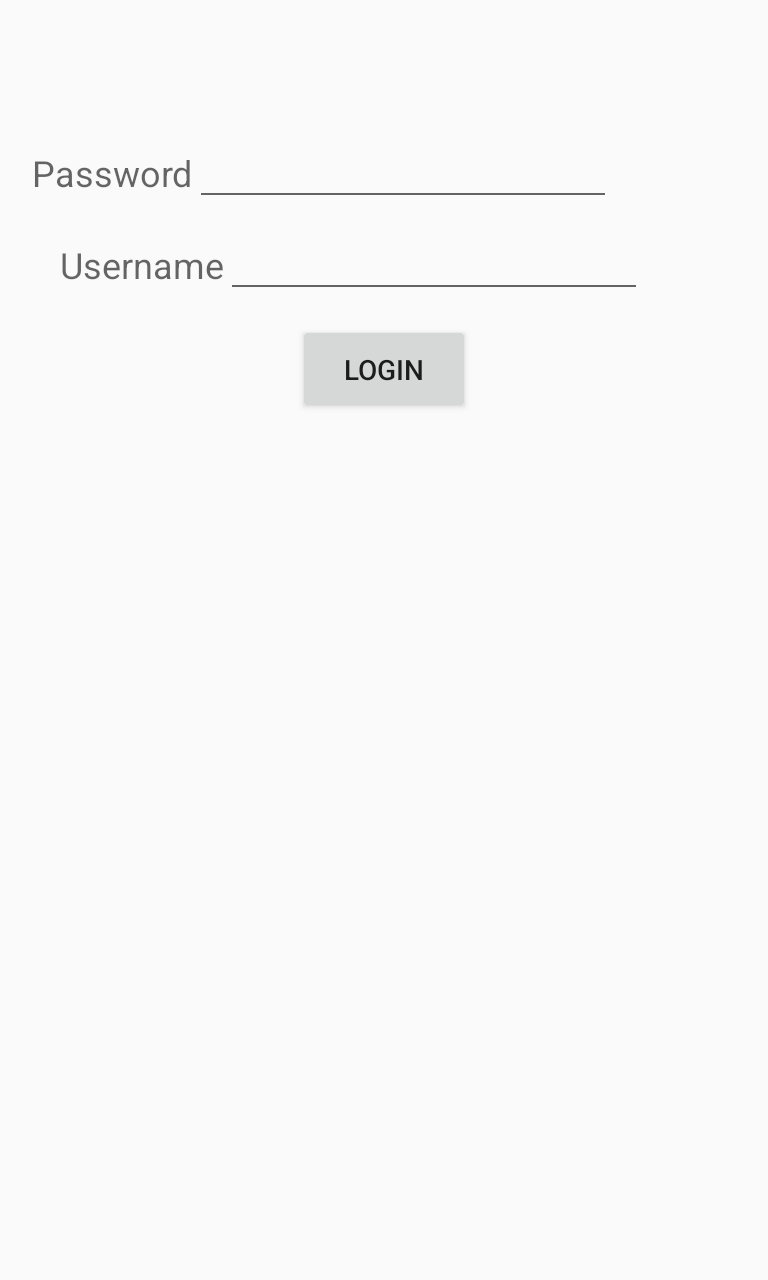
Repository: shuktika12163/ReWise
Layout: ReWise/res/layout/activity_instr_login.xml
An editor plug-in stored every save of this project. The layout is shown before and after the next save, followed by the edit.
It is drawn on a 768 x 1280 px phone screen (xhdpi) without system bars, with theme AppTheme; the app's code is not run.

Above is the layout before, as saved 2014-10-29 14:21:35.

### ReWise/res/layout/activity_instr_login.xml
<RelativeLayout xmlns:android="http://schemas.android.com/apk/res/android"
    xmlns:tools="http://schemas.android.com/tools"
    android:layout_width="match_parent"
    android:layout_height="match_parent"
    android:paddingBottom="@dimen/activity_vertical_margin"
    android:paddingLeft="@dimen/activity_horizontal_margin"
    android:paddingRight="@dimen/activity_horizontal_margin"
    android:paddingTop="@dimen/activity_vertical_margin"
    tools:context="com.example.rewise.InstrLoginActivity" >

    <TextView
        android:id="@+id/tv_password"
        android:layout_width="wrap_content"
        android:layout_height="wrap_content"
        android:layout_alignLeft="@+id/textView1"
        android:layout_below="@+id/textView1"
        android:layout_marginTop="58dp"
        android:text="Password"
        android:textAppearance="?android:attr/textAppearanceMedium" />

    <EditText
        android:id="@+id/et_password"
        android:layout_width="wrap_content"
        android:layout_height="wrap_content"
        android:layout_alignBaseline="@+id/tv_password"
        android:layout_alignBottom="@+id/tv_password"
        android:layout_toRightOf="@+id/tv_password"
        android:ems="10"
        android:inputType="textPassword" />

    <TextView
        android:id="@+id/tv_username"
        android:layout_width="wrap_content"
        android:layout_height="wrap_content"
        android:layout_alignParentLeft="true"
        android:layout_alignParentTop="true"
        android:layout_marginLeft="14dp"
        android:layout_marginTop="104dp"
        android:text="Username"
        android:textAppearance="?android:attr/textAppearanceMedium" />

    <EditText
        android:id="@+id/et_username"
        android:layout_width="wrap_content"
        android:layout_height="wrap_content"
        android:layout_alignBaseline="@+id/tv_username"
        android:layout_alignBottom="@+id/tv_username"
        android:layout_toRightOf="@+id/tv_username"
        android:ems="10"
        android:inputType="textEmailAddress" />

    <Button
        android:id="@+id/btn_login"
        android:layout_width="wrap_content"
        android:layout_height="wrap_content"
        android:layout_below="@+id/et_password"
        android:layout_centerHorizontal="true"
        android:layout_marginTop="55dp"
        android:text="Login" />

</RelativeLayout>

Loaded but not shown: ReWise/res/values/styles.xml (common file); ReWise/res/values-v11/styles.xml (common file); ReWise/res/values-v14/styles.xml (common file); ReWise/res/values/dimens.xml (common file); ReWise/res/values-w820dp/dimens.xml (common file)

After the next save:
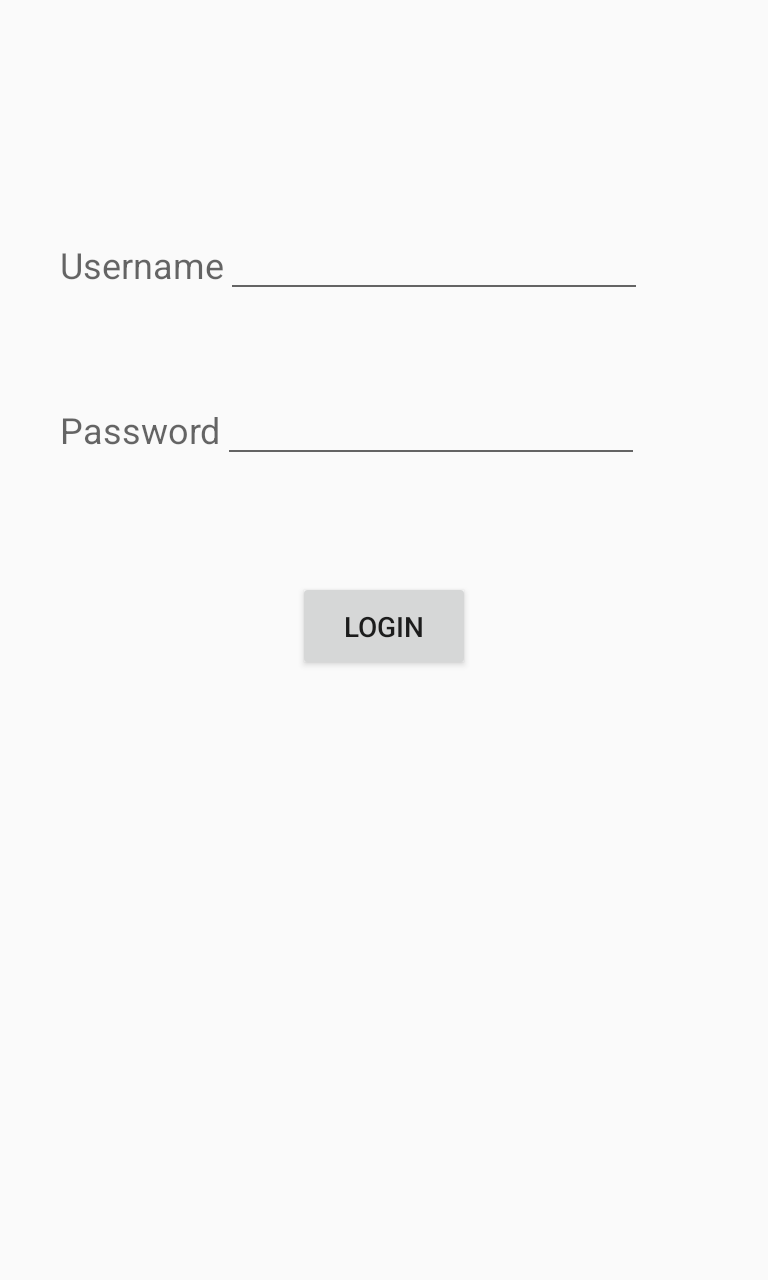
Saved 17 s later.
--- a/ReWise/res/layout/activity_instr_login.xml
+++ b/ReWise/res/layout/activity_instr_login.xml
@@ -12,8 +12,8 @@
         android:id="@+id/tv_password"
         android:layout_width="wrap_content"
         android:layout_height="wrap_content"
-        android:layout_alignLeft="@+id/textView1"
-        android:layout_below="@+id/textView1"
+        android:layout_alignLeft="@+id/tv_username"
+        android:layout_below="@+id/tv_username"
         android:layout_marginTop="58dp"
         android:text="Password"
         android:textAppearance="?android:attr/textAppearanceMedium" />
